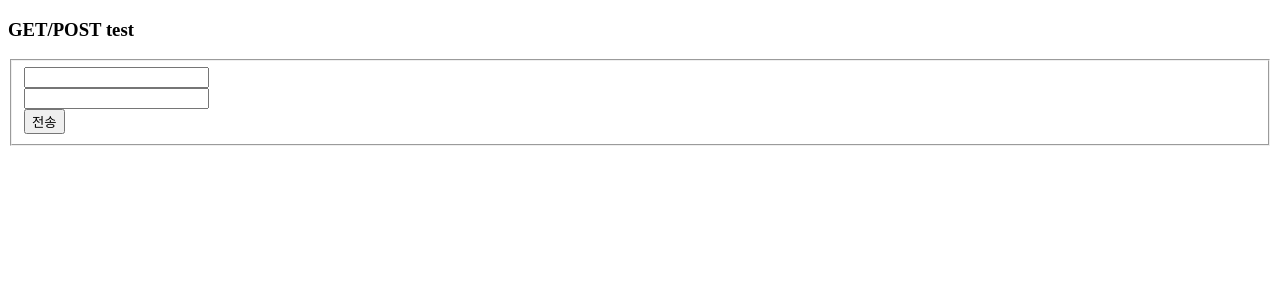
Repository: kimjaejoo/Tacademy
Page: http://localhost/Hello/
These files come from the project's save history. The page is drawn as it stood at one moment and after the next save; the edit follows.
The browser window is 1280 px wide. The pictures show the whole page.
The page is served by Tomcat 9. Nobody is signed in. The application's start-up code is not run. Other server files are loaded and not shown.

Above is the page before, as saved 2016-10-31 05:35:51.

### Hello/WebContent/index.jsp
<%@ page language="java" contentType="text/html; charset=EUC-KR"
	pageEncoding="EUC-KR"%>
<!DOCTYPE html PUBLIC "-//W3C//DTD HTML 4.01 Transitional//EN" "http://www.w3.org/TR/html4/loose.dtd">
<html>
<head>
<meta http-equiv="Content-Type" content="text/html; charset=EUC-KR">
<title>Insert title here</title>
</head>
<body>

	<h3>GET/POST test</h3>
	<fieldset>
		<form action="/Version" method="post">

			<input type="text" name="uid" /> <br />
			<input type="password" name="upw" id="" /> <br />
			<input type="submit" value="전송" />

		</form>
	</fieldset>
</body>
</html>

After the next save:
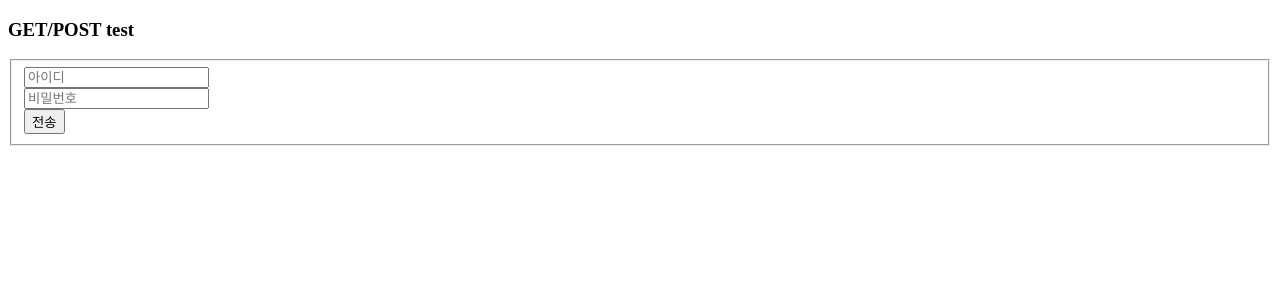
Saved 66 s later.
--- a/Hello/WebContent/index.jsp
+++ b/Hello/WebContent/index.jsp
@@ -12,8 +12,8 @@
 	<fieldset>
 		<form action="/Version" method="post">
 
-			<input type="text" name="uid" /> <br />
-			<input type="password" name="upw" id="" /> <br />
+			<input type="text" name="uid" placeholder = "아이디" /> <br />
+			<input type="password" name="upw" id="" placeholder = "비밀번호"/> <br />
 			<input type="submit" value="전송" />
 
 		</form>
